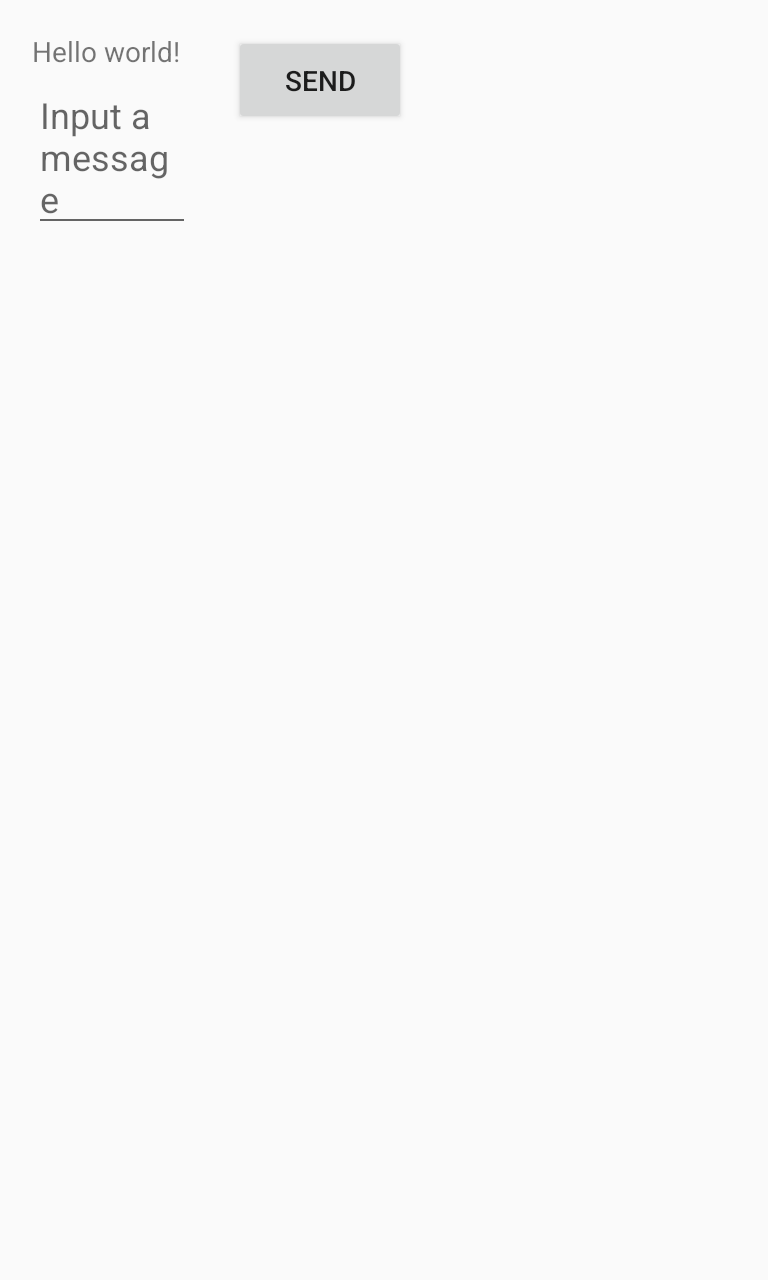
Repository: deanzaka/Shroom-Smart-Terminal
Layout: TestDoang/res/layout/activity_main.xml
An editor plug-in stored every save of this project. The layout is shown before and after the next save, followed by the edit.
It is drawn on a 768 x 1280 px phone screen (xhdpi) without system bars, with theme AppTheme; the app's code is not run.

Above is the layout before, as saved 2014-11-16 18:12:13.

### TestDoang/res/layout/activity_main.xml
<RelativeLayout xmlns:android="http://schemas.android.com/apk/res/android"
    xmlns:tools="http://schemas.android.com/tools"
    android:layout_width="match_parent"
    android:layout_height="match_parent"
    android:paddingBottom="@dimen/activity_vertical_margin"
    android:paddingLeft="@dimen/activity_horizontal_margin"
    android:paddingRight="@dimen/activity_horizontal_margin"
    android:paddingTop="@dimen/activity_vertical_margin"
    tools:context="shroom.test.doang.MainActivity" >

    <TextView
        android:id="@+id/hello"
        android:layout_width="wrap_content"
        android:layout_height="wrap_content"
        android:text="@string/hello_world" />

    <EditText
        android:id="@+id/edit_msg"
        android:layout_below="@id/hello"
        android:layout_height="wrap_content"
        android:layout_width="wrap_content"
        android:width="80dp"
        android:hint="@string/edit_msg"
        />

    <Button
        android:layout_toRightOf="@id/edit_msg"
        android:layout_width="wrap_content"
        android:layout_height="wrap_content"
        android:layout_marginLeft="20dp"
        android:text="@string/button_send" />

</RelativeLayout>

### TestDoang/res/values/strings.xml
<?xml version="1.0" encoding="utf-8"?>
<resources>

    <string name="app_name">Test Doang</string>
    <string name="hello_world">Hello world!</string>
    <string name="action_settings">Settings</string>
	<string name="edit_msg">Input a message</string>
	<string name="button_send">Send</string>

</resources>

Loaded but not shown: TestDoang/res/values/styles.xml (common file); TestDoang/res/values-v11/styles.xml (common file); TestDoang/res/values-v14/styles.xml (common file); TestDoang/res/values/dimens.xml (common file); TestDoang/res/values-w820dp/dimens.xml (common file)

After the next save:
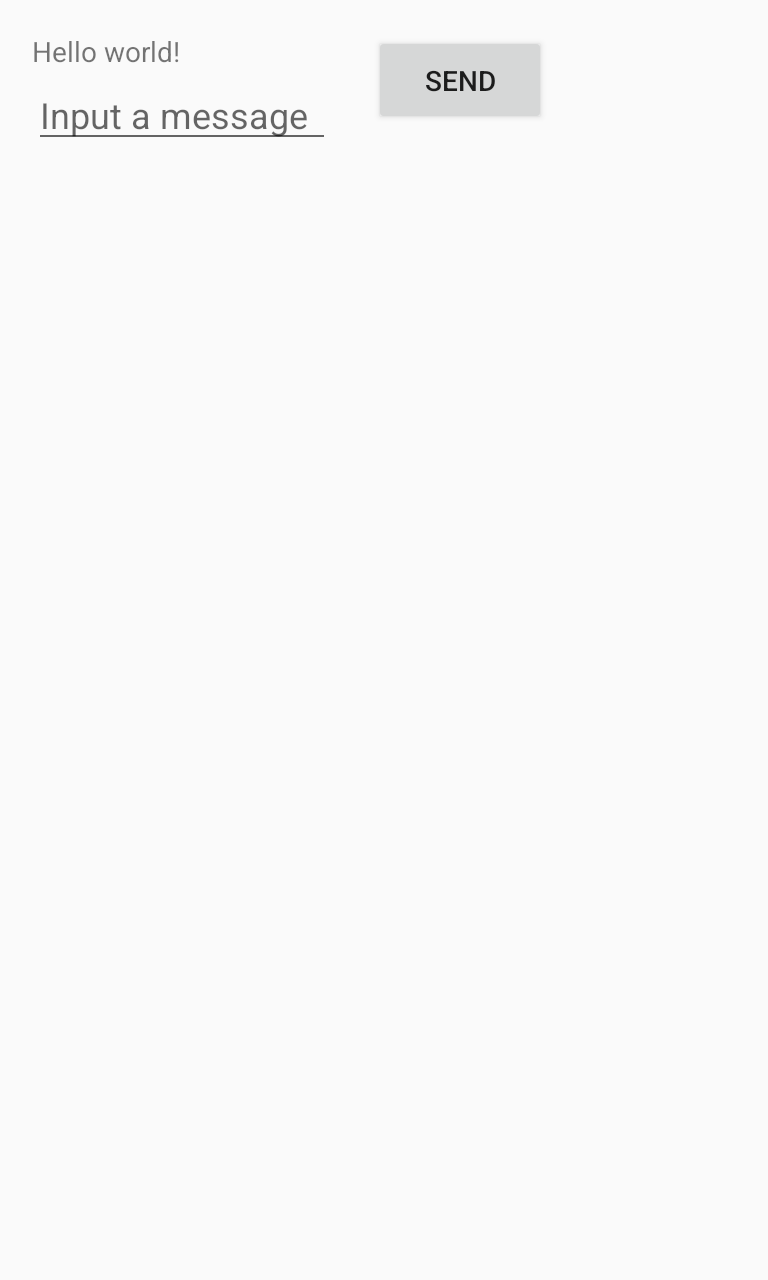
Saved 11 s later.
--- a/TestDoang/res/layout/activity_main.xml
+++ b/TestDoang/res/layout/activity_main.xml
@@ -19,7 +19,7 @@
         android:layout_below="@id/hello"
         android:layout_height="wrap_content"
         android:layout_width="wrap_content"
-        android:width="80dp"
+        android:width="150dp"
         android:hint="@string/edit_msg"
         />
 
